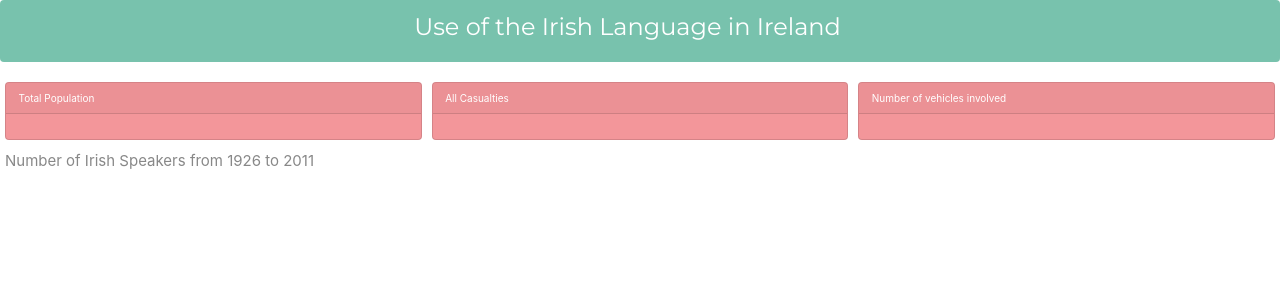
Repository: MelBiggs/milestone-project2
Page: index.html
The author's editor kept a record of every edit. The page is drawn from the files as they stood at one moment, then again after the next edit.
The browser window is 1280 px wide. The pictures show the whole page.
Some web libraries are served in a nearby version.

Above is the page before.
Console error (its wording comes from the project's code and is left out).

### index.html
<!DOCTYPE html>
<html lang="en-US">

<head>
    <meta charset="utf-8">
    <meta name="viewport" content="width=device-width, initial-scale=1">
    <title>Irish Language Statistics</title>

    <!--- Style Sheets --->
    <link rel="stylesheet" href="https://maxcdn.bootstrapcdn.com/bootstrap/3.3.7/css/bootstrap.min.css" type="text/css" />
    <link rel="stylesheet" href="https://maxcdn.bootstrapcdn.com/font-awesome/4.7.0/css/font-awesome.min.css" type="text/css" />
    <link rel="stylesheet" href="https://cdnjs.cloudflare.com/ajax/libs/hover.css/2.1.1/css/hover-min.css" type="text/css" />
    <link rel="stylesheet" href="assets/css/style.css" type="text/css" />
    <link rel="stylesheet" href="assets/css/bootstrap.min.css" type="text/css" />

</head>

<body>

    <nav class="navbar navbar-expand-lg navbar-dark bg-primary">
        <div class="container-fluid">
            <a class="navbar-brand" href="#">Use of the Irish Language in Ireland</a>
    </nav>

<!--- Dashboard section containing two containers with summary statistics --->
<section>
    <div class="container-fluid">

<div class="row">

<!--- Total population tile --->
    <div class="col-lg-4 col-md-4 col-sm-12 px-2">
        <div class="card text-white bg-secondary mb-3 shadow-box tile-s1">
            <div class="card-header">Total Population</div>
            <div class="card-body">
                <div class="number-box" id="accidents-total"></div>
                <div class="text-right"><span id="sparkline-acc"></span></div>
            </div>
        </div>
        </div>

<!-- Total casualties tile -->
<div class="col-lg-4 col-md-4 col-sm-12 px-2">
    <div class="card text-white bg-secondary mb-3 shadow-box box tile-s1">
        <div class="card-header">All Casualties</div>
        <div class="card-body">
            <div class="number-box" id="casualties-total"></div>
            <div class="text-right"><span id="sparkline-cas"></span></div>
        </div>
    </div>
</div>

<!-- Total vehicles involved tile -->
<div class="col-lg-4 col-md-4 col-sm-12 px-2">
    <div class="card text-white bg-secondary mb-3 shadow-box box tile-s1">
        <div class="card-header">Number of vehicles involved</div>
        <div class="card-body">
            <div class="number-box" id="vehicles-total"></div>
            <div class="text-right"><span id="sparkline-veh"></span></div>
        </div>
    </div>
</div>

</div>

</div>
</section>

    <div id="irish-speakers2011"><span class="graph-headers">Number of Irish Speakers from 1926 to 2011</span>
    </div>

    <!--- JavaScript Files --->
    <script type="text/javascript" src="assets/js/d3.min.js"></script>
    <script type="text/javascript" src="assets/js/crossfilter.min.js"></script>
    <script type="text/javascript" src="assets/js/dc.min.js"></script>
    <script type="text/javascript" src="assets/js/queue.min.js"></script>
    <script type="text/javascript" src="assets/js/graph.js"></script>
    <script type="text/javascript" src="assets/js/main.js"></script>

</body>

</html>

### assets/css/style.css
.navbar-brand {
    font-size: 24px!important;
}

.graph-headers {
    font-size: 15px;
    padding-left: 5px;
}

### assets/js/graph.js
queue()
    .defer(d3.csv, "data/top2018.csv")
    .await(makeGraphs);

function makeGraphs(error, data) {
    var ndx = crossfilter(data);

    show_danceability(ndx);
}

function show_danceability(ndx) {
    var dim = ndx.dimension(dc.pluck('danceability'));
    var group = dim.group();

    dc.barChart("#danceability-chart")
        .width(400)
        .height(300)
        .margins({ top: 10, right: 50, bottom: 30, left: 50 })
        .dimension(dim)
        .group(group)
        .transitionDuration(500)
        .x(d3.scale.linear())
        .xUnits(dc.units.linear)
        .elasticY(false)
        .xAxisLabel("Danceability")
        .yAxis().tick(20);



}

//let graphData = crossfilter(data);


// graphData.forEach(function(d) {
//     d.danceability = parseFloat(d.danceability);
//     d.energy = parseFloat(d.energy);
//     d.key = parseInt(d.key);
//     d.loudness = parseFloat(d.loudness);
//     d.mode = parseInt(d.mode);
//     d.speechiness = parseFloat(d.speechiness);
//     d.acousticness = parseFloat(d.acousticness);
//     d.liveness = parseFloat(d.liveness);
//     d.valence = parseFloat(d.valence);
//     d.tempo = parseFloat(d.tempo);
//     d.duration_ms = parseInt(d.duration_ms);
//     d.time_signature = parseInt(d.time_signature);
// });

// totalSongsChart(graphData);
// dc.renderAll();


// }

// function totalSongsChart(data) {

//     var dim = data.dimension(dc.pluck("id"));
//     var totalSongs = dim.group().reduceSum(dc.pluck("id"));

//     dc.numberDisplay("#totalSongsChart")
//         .formatNumber(d3.format(".2s"))
//         .group(totalSongs);
// }

Loaded but not shown: assets/css/bootstrap.min.css (library); assets/js/d3.min.js (library); assets/js/crossfilter.min.js (library); assets/js/dc.min.js (library); assets/js/queue.min.js (common file); assets/js/main.js (no stored copy; drawn as an empty file)

After the next edit:
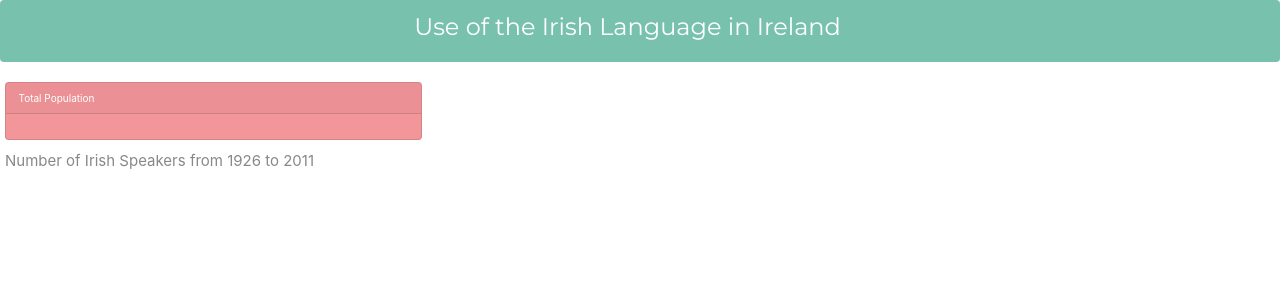
The edit:
--- a/index.html
+++ b/index.html
@@ -39,28 +39,6 @@
         </div>
         </div>
 
-<!-- Total casualties tile -->
-<div class="col-lg-4 col-md-4 col-sm-12 px-2">
-    <div class="card text-white bg-secondary mb-3 shadow-box box tile-s1">
-        <div class="card-header">All Casualties</div>
-        <div class="card-body">
-            <div class="number-box" id="casualties-total"></div>
-            <div class="text-right"><span id="sparkline-cas"></span></div>
-        </div>
-    </div>
-</div>
-
-<!-- Total vehicles involved tile -->
-<div class="col-lg-4 col-md-4 col-sm-12 px-2">
-    <div class="card text-white bg-secondary mb-3 shadow-box box tile-s1">
-        <div class="card-header">Number of vehicles involved</div>
-        <div class="card-body">
-            <div class="number-box" id="vehicles-total"></div>
-            <div class="text-right"><span id="sparkline-veh"></span></div>
-        </div>
-    </div>
-</div>
-
 </div>
 
 </div>
